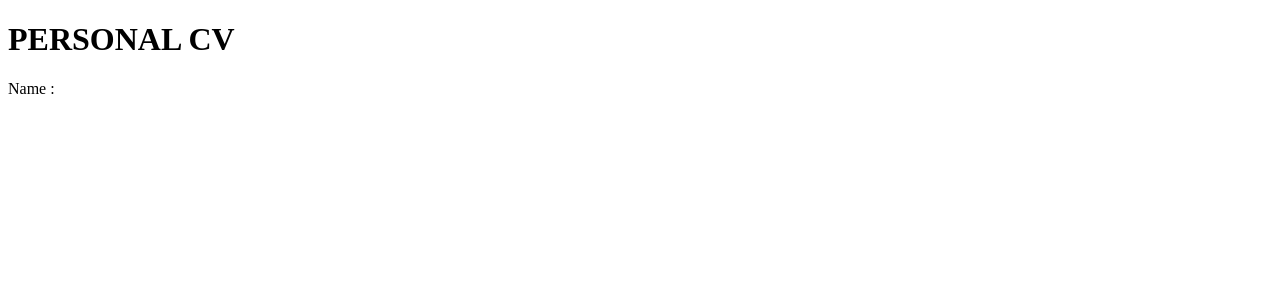
Repository: ChristhoferRisaldy/CVWeb
Page: web.html
These files come from the project's save history. The page is drawn as it stood at one moment and after the next save; the edit follows.
The browser window is 1280 px wide. The pictures show the whole page.

Above is the page before, as saved 2025-02-21 19:31:24.

After the next save:
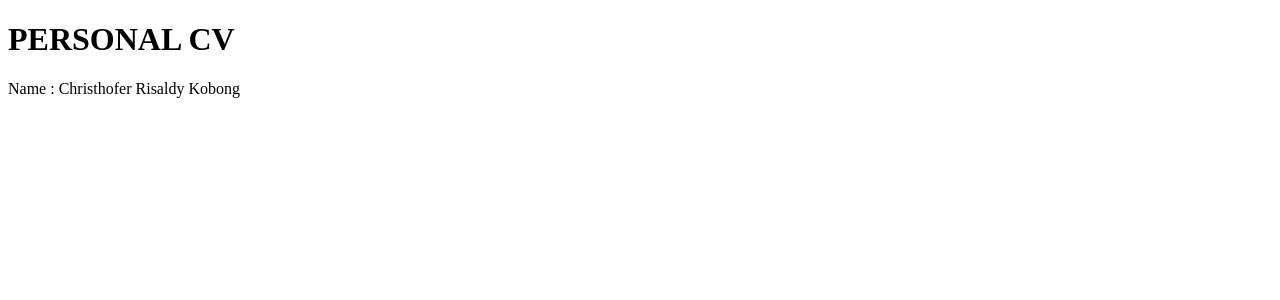
Saved 15 s later.
--- a/web.html
+++ b/web.html
@@ -2,6 +2,6 @@
 <html>
     <body>
         <h1>PERSONAL CV</h1>
-        <p>Name : </p>
+        <p>Name : Christhofer Risaldy Kobong</p>
     </body>
 </html>
